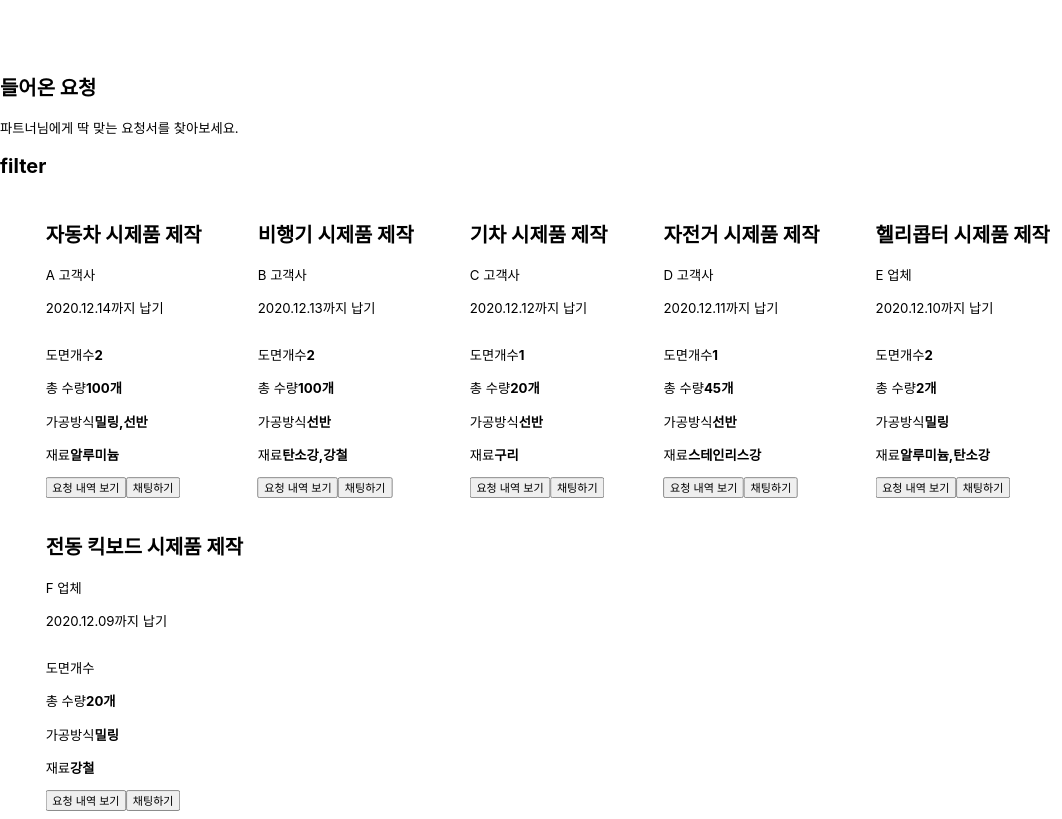
Repository: seoulsaram/capa
Page: /
These files come from the project's save history. The page is drawn as it stood at one moment and after the next save; the edit follows.
The browser window is 1280 px wide. The pictures show the whole page, at 83% of full size.
The project was rebuilt for these pictures with package versions that can differ from the ones it lists, and the page was loaded fresh each time. Requests to the local data server were answered from the project's data file. Also part of the build but not shown: src/App.css, src/components/filter/filter.module.css, src/components/item_container/item_container.module.css.

Above is the page before, as saved 2021-03-05 21:35:56.

After the next save:
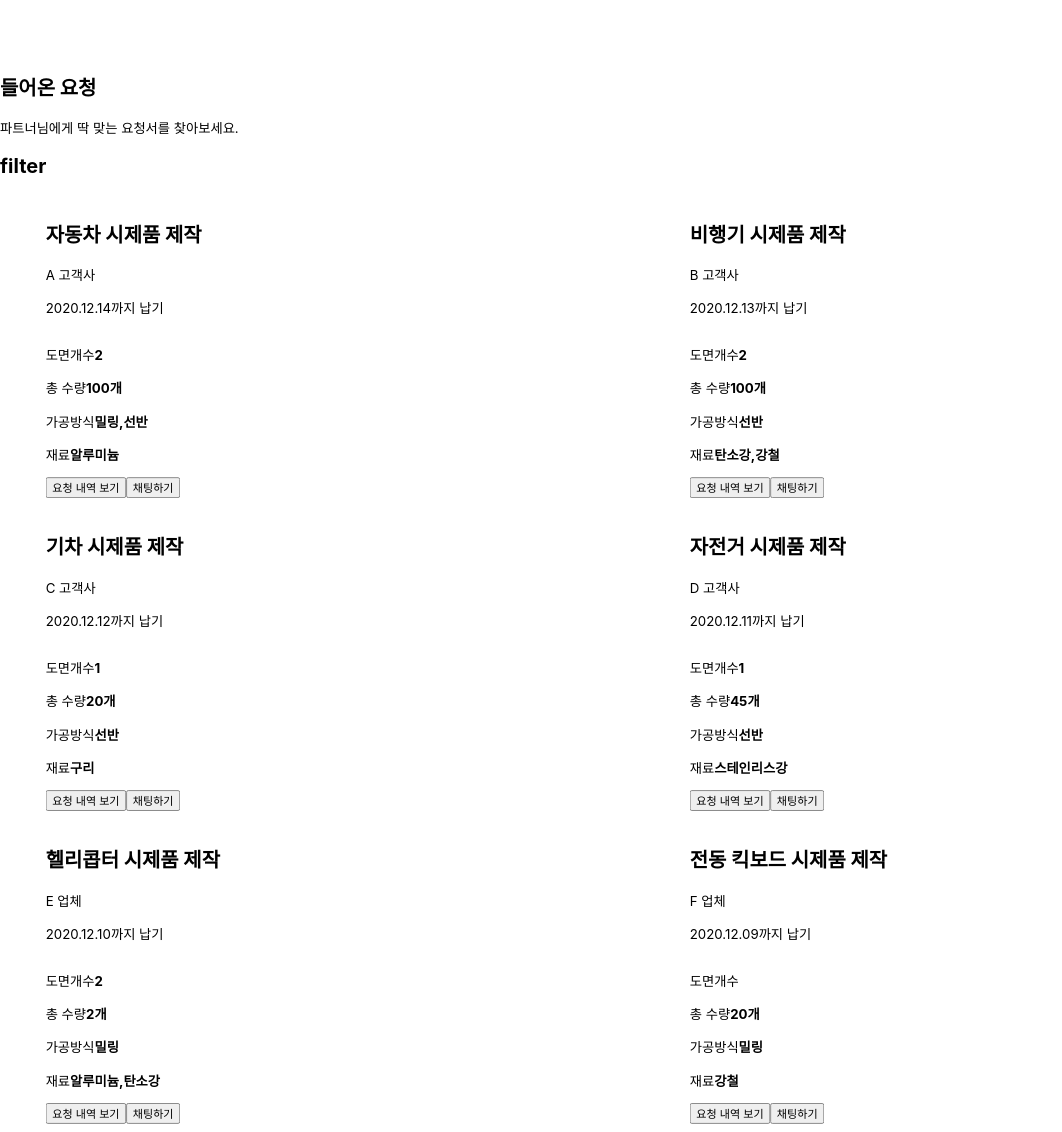
Saved 2 min 37 s later.
--- a/src/components/request_box/request_box.module.css
+++ b/src/components/request_box/request_box.module.css
@@ -8,6 +8,7 @@
 }
 
 .card {
+  width: 35%;
   border: 1px solid MakeLightGrey;
   padding: 10px 15px;
 }
